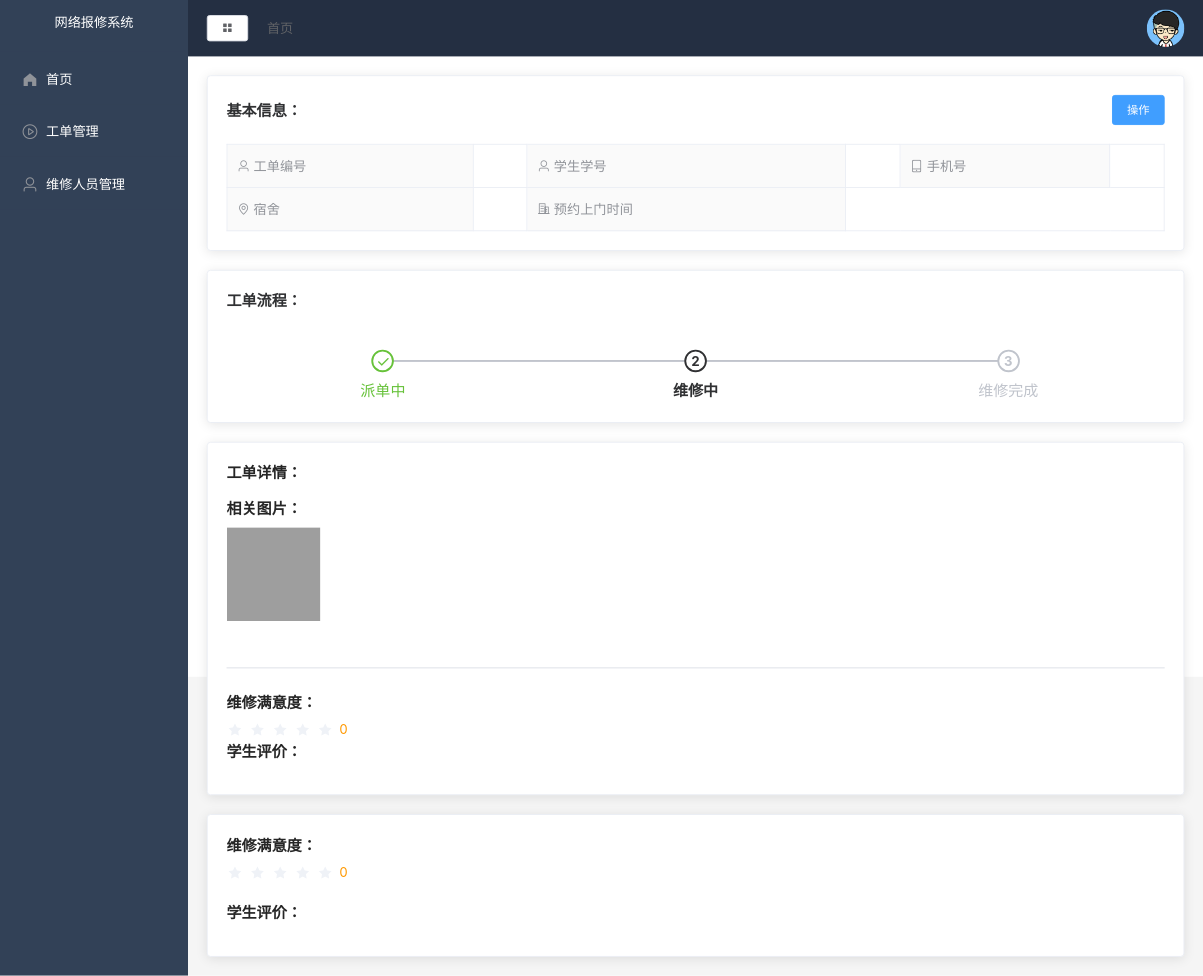
Repository: LtheW/vue
Page: /submit
The author's editor kept a copy of each file at every save. The page is drawn from the files as they stood at one save, then again after the next save.
The browser window is 1280 px wide. The pictures show the whole page, at 94% of full size.
Pictures or frames that could not be fetched are drawn as grey boxes. The page's requests for data from a server got no answer. The project was rebuilt for these pictures with package versions that can differ from the ones it lists, and the page was loaded fresh each time. No one was signed in, and anything a server would have sent is missing. Also part of the build but not shown: vue.config.js, src/components/CommonTag.vue, src/views/Maintainer/Add.vue.

Above is the page before, as saved 2022-03-27 11:26:47.

After the next save:
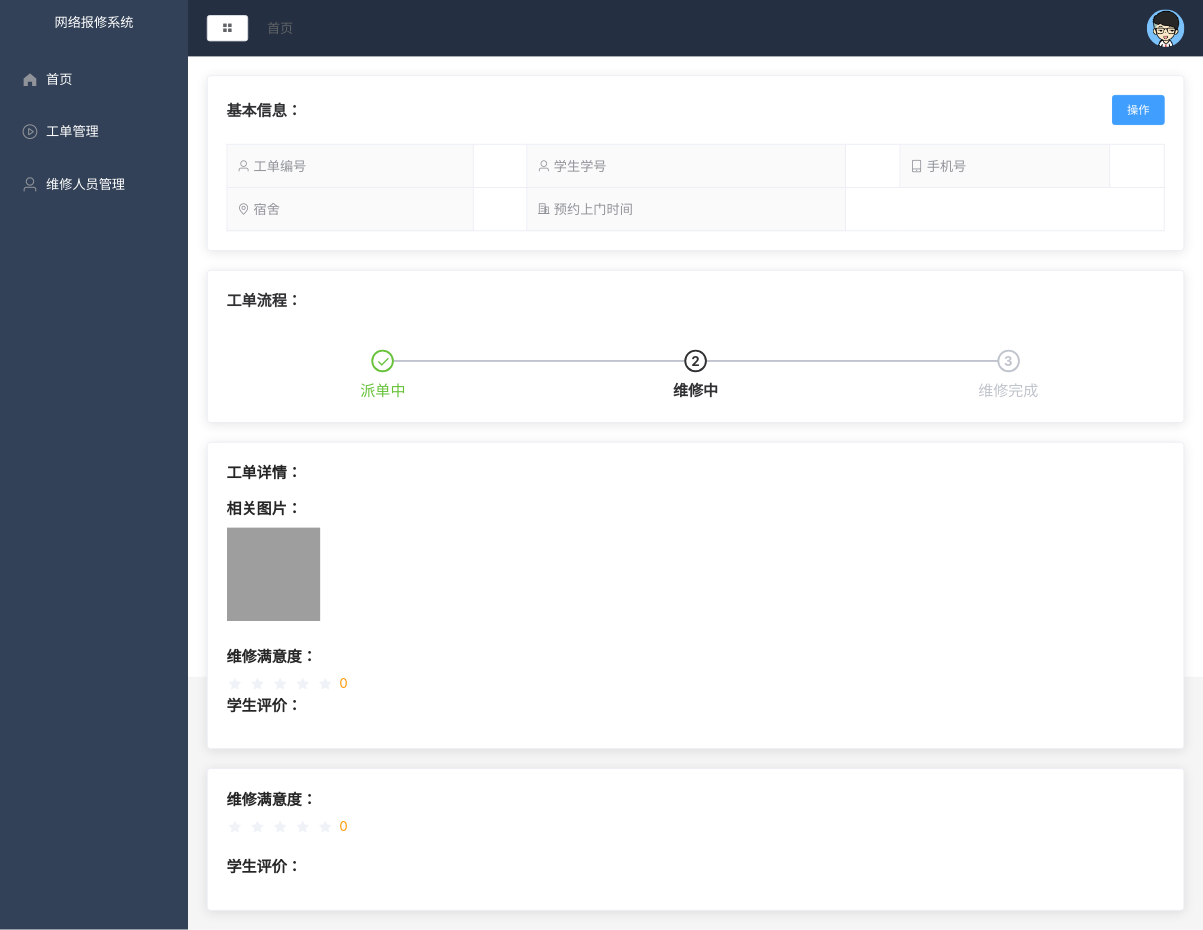
Saved 7 s later.
--- a/src/views/Submit.vue
+++ b/src/views/Submit.vue
@@ -81,7 +81,6 @@
           </el-image>
 
           <div class="p">
-            <el-divider></el-divider>
           <h5 class="title">维修满意度：</h5>
           <el-rate
             v-model="form.maintenanceSatisfaction"

After the save that followed:
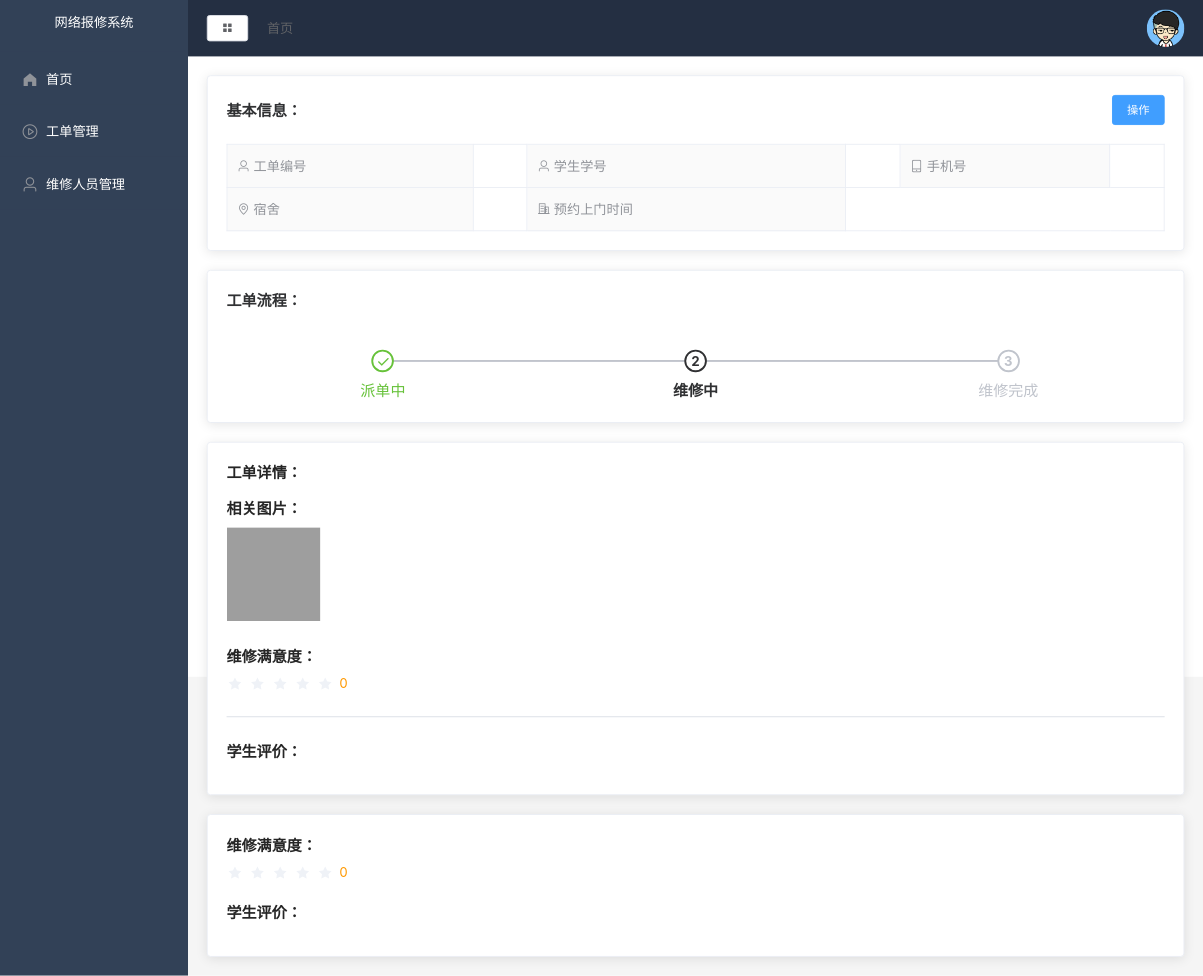
Saved 7 s later.
--- a/src/views/Submit.vue
+++ b/src/views/Submit.vue
@@ -90,6 +90,7 @@
             score-template="{value}"
           >
           </el-rate>
+            <el-divider></el-divider>
 
           <h5 class="title">学生评价：</h5>
           <p>{{ form.evaluation }}</p>
